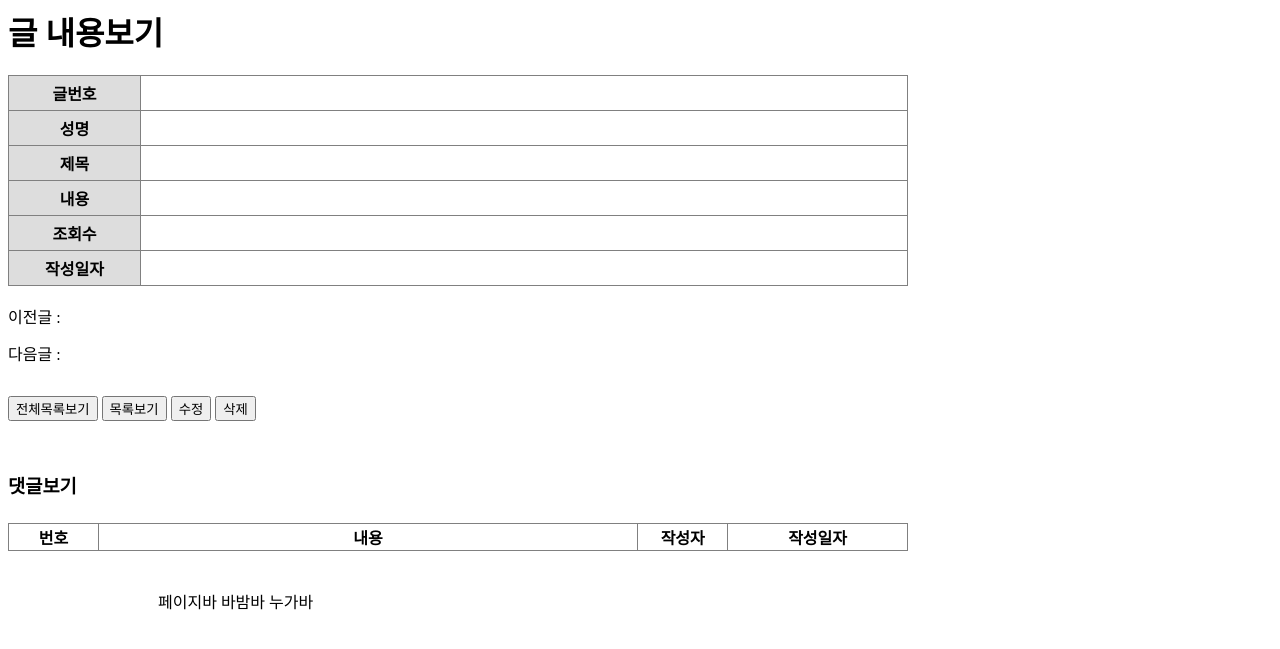
Repository: gold37/Spring
Page: http://localhost/Board/WEB-INF/views/tiles1/board/view.jsp
An editor plug-in stored every save of this project. The page is shown before and after the next save, followed by the edit.
The browser window is 1280 px wide. The pictures show the whole page.
The page is served by Tomcat 9. Nobody is signed in. Other server files are loaded and not shown. The template is opened directly, without the code that normally fills it, so the values that code supplies are empty.

Above is the page before, as saved 2020-07-24 00:21:30.
Console error: ReferenceError: $ is not defined

### springworkspace/Board/src/main/webapp/WEB-INF/views/tiles1/board/view.jsp
<%@ page language="java" contentType="text/html; charset=UTF-8"
    pageEncoding="UTF-8"%>

<%@ taglib prefix="c" uri="http://java.sun.com/jsp/jstl/core" %>

<style>

table, th, td, input, textarea {
	border: solid gray 1px;
}

#table, #table2 {
	border-collapse: collapse;
 	width: 900px;
}

#table th, #table td{padding: 5px;}
#table th{width: 120px; background-color: #DDDDDD;}
#table td{width: 750px;}
.long {width: 470px;}
.short {width: 120px;}

.move {cursor: pointer;}
.moveColor {font-weight: bold;}

a {text-decoration: none !important;}


</style>

<script type="text/javascript">

	$(document).ready(function(){

		$(".move").hover(function(){
						$(this).addClass("moveColor");
					},
					function(){
						$(this).removeClass("moveColor");
					});

		//goReadComment(); // 페이징 처리 안한 댓글 읽어오기
	      goViewComment("1"); //페이징 처리한 댓글 읽어오기

	}); // end of $(document).ready(function(){})----------------



	// === 댓글쓰기 === //
	function goAddWrite() {
		var frm = document.addWriteFrm;
		var contentVal = frm.content.value.trim();
		if(contentVal=="") {
			alert("댓글 내용을 입력하세요!!");
			return;
		}

		var form_data = $("form[name=addWriteFrm]").serialize();

		$.ajax({
			url:"<%= request.getContextPath()%>/addComment.action",
			data:form_data,
			type:"POST",
			dataType:"JSON",
			success:function(json){
				if(json.n == 1) {
				//	goReadComment(); // 페이징 처리 안한 댓글 읽어오기
				}
				else {
					alert("댓글쓰기 실패!!");
				}

				frm.content.value = "";
			},
			error: function(request, status, error){
				alert("code: "+request.status+"\n"+"message: "+request.responseText+"\n"+"error: "+error);
			}
		});

	}// end of function goAddWrite()----------------------


	// === 페이징 처리 안한 댓글 읽어오기  === //
	function goReadComment() {
		$.ajax({
			url:"<%= request.getContextPath()%>/readComment.action",
			data:{"parentSeq":"${boardvo.seq}"},
			dataType:"JSON",
			success:function(json){
				var html = "";
				if(json.length > 0) {
					$.each(json, function(index, item){
						html += "<tr>";
						html += "<td style='text-align: center;'>"+(index+1)+"</td>";
						html += "<td>"+item.content+"</td>";
						html += "<td style='text-align: center;'>"+item.name+"</td>";
						html += "<td style='text-align: center;'>"+item.regDate+"</td>";
						html += "</tr>";
					});
				}
				else {
					html += "<tr>";
					html += "<td colspan='4' style='text-align: center;'>댓글이 없습니다.</td>";
					html += "</tr>";
				}

				$("#commentDisplay").html(html);
			},
			error: function(request, status, error){
				alert("code: "+request.status+"\n"+"message: "+request.responseText+"\n"+"error: "+error);
			}
		});

	}// end of function goReadComment()--------------------



	// === #125. Ajax로 불러온 댓글내용을 페이징 처리하기  === //
	function goViewComment(currentShowPageNo) {
		$.ajax({
			url:"<%= request.getContextPath()%>/commentList.action",
			data:{"parentSeq":"${boardvo.seq}",
				  "currentShowPageNo":currentShowPageNo}, // 몇페이지를 보고싶은지
			dataType:"JSON",
			success:function(json){
				var html = "";
				if(json.length > 0) {
					$.each(json, function(index, item){
						html += "<tr>";
						html += "<td style='text-align: center;'>"+(index+1)+"</td>";
						html += "<td>"+item.content+"</td>";
						html += "<td style='text-align: center;'>"+item.name+"</td>";
						html += "<td style='text-align: center;'>"+item.regDate+"</td>";
						html += "</tr>";
					});
				}
				else {
					html += "<tr>";
					html += "<td colspan='4' style='text-align: center;'>댓글이 없습니다.</td>";
					html += "</tr>";
				}

				$("#commentDisplay").html(html);

				// 페이지바 함수 호출
				makeCommentPageBar(currentShowPageNo);
			},
			error: function(request, status, error){
				alert("code: "+request.status+"\n"+"message: "+request.responseText+"\n"+"error: "+error);
			}
		});

	}// end of function goReadComment()--------------------


	// === 댓글내용 페이지바 Ajax로 만들기 === //
	function makeCommentPageBar(currentShowPageNo) {

		$.ajax({
			url:"<%= request.getContextPath()%>/getCommentTotalPage.action",
			data:{"parentSeq":"${boardvo.seq}",
				  "sizePerPage":"5"},
			type:"GET",
			dataType:"JSON",
			success:function(json) {
			//	console.log("전체 페이지 수 : " + json.totalPage);

				if(json.totalPage > 0) {
					// 댓글이 있는 경우

				}
				else {
					// 댓글이 없는 경우
				}

			},
			error: function(request, status, error){
				alert("code: "+request.status+"\n"+"message: "+request.responseText+"\n"+"error: "+error);
			}

		});

	} // end of function makeCommentPageBar(currentShowPageNo) ---------------


</script>


<div style="">
	<h1>글 내용보기</h1>

	<table id="table" style="word-wrap: break-word; table-layout: fixted;">
		<tr>
			<th>글번호</th>
			<td>${boardvo.seq}</td>
		</tr>
		<tr>
			<th>성명</th>
			<td>${boardvo.name}</td>
		</tr>
		<tr>
			<th>제목</th>
			<td>${boardvo.subject}</td>
		</tr>
		<tr>
			<th>내용</th>
			<td>
				<p style="word-break: break-all;">${boardvo.content}</p>
				<%--
					style="word-break: break-all; 은 공백없는 긴영문일 경우 width 크기를 뚫고 나오는 것을 막는 것임.
					그런데 style="word-break: break-all; 나 style="word-wrap: break-word; 은
			       	테이블태그의 <td>태그에는 안되고 <p> 나 <div> 태그안에서 적용되어지므로 <td>태그에서 적용하려면
			    	<table>태그속에 style="word-wrap: break-word; table-layout: fixed;" 을 주면 된다.
				--%>
			</td>
		</tr>
		<tr>
			<th>조회수</th>
			<td>${boardvo.readCount}</td>
		</tr>
		<tr>
			<th>작성일자</th>
			<td>${boardvo.regDate}</td>
		</tr>
	</table>

	<br/>

	<div style="margin-bottom: 1%;">이전글&nbsp;:&nbsp;<span class="move" onclick="javascript:location.href='view.action?seq=${boardvo.previousseq}'">${boardvo.previoussubject}</span></div>
	<div style="margin-bottom: 1%;">다음글&nbsp;:&nbsp;<span class="move" onclick="javascript:location.href='view.action?seq=${boardvo.nextseq}'">${boardvo.nextsubject}</span></div>

	<br/>

	<button type="button" onclick="javascript:location.href='list.action'" >전체목록보기</button>

	<!-- === #124. === -->
	<button type="button" onclick="javascript:location.href='${gobackURL}'" >목록보기</button>

	<button type="button" onclick="javascript:location.href='edit.action?seq=${boardvo.seq}'" >수정</button>
	<button type="button" onclick="javascript:location.href='delete.action?seq=${boardvo.seq}'" >삭제</button>


	<!-- === #83. 댓글쓰기 폼 추가 === -->
	<c:if test="${not empty sessionScope.loginuser}">
		<h3 style="margin-top: 50px;">댓글쓰기 및 보기</h3>
		<form name="addWriteFrm" style="margin-top: 20px;">
			      <input type="hidden" name="fk_userid" value="${sessionScope.loginuser.userid}" />
			성명 : <input type="text" name="name" value="${sessionScope.loginuser.name}" class="short" readonly />
			&nbsp;&nbsp;
			댓글내용 : <input id="commentContent" type="text" name="content" class="long" />

			<!-- 댓글에 달리는 원게시물 글번호(즉, 댓글의 부모글 글번호) -->
			<input type="hidden" name="parentSeq" value="${boardvo.seq}" />

			<button id="btnComment" type="button" onclick="goAddWrite()">확인</button>
			<button type="reset">취소</button>
		</form>
	</c:if>
	<c:if test="${empty sessionScope.loginuser}">
		<h3 style="margin-top: 50px;">댓글보기</h3>
	</c:if>

	<!-- ===== #94. 댓글 내용 보여주기 ===== -->
	<table id="table2" style="margin-top: 2%; margin-bottom: 3%;">
		<thead>
		<tr>
		    <th style="width: 10%; text-align: center;">번호</th>
			<th style="width: 60%; text-align: center;">내용</th>
			<th style="width: 10%; text-align: center;">작성자</th>
			<th style="text-align: center;">작성일자</th>
		</tr>
		</thead>
		<tbody id="commentDisplay"></tbody>
	</table>

	<!-- === #134. 댓글 페이지바 === -->
	<div id="pageBar" style="padding-left: 150px; margin: 25px auto;">
		페이지바 바밤바 누가바
	</div>

</div>

After the next save:
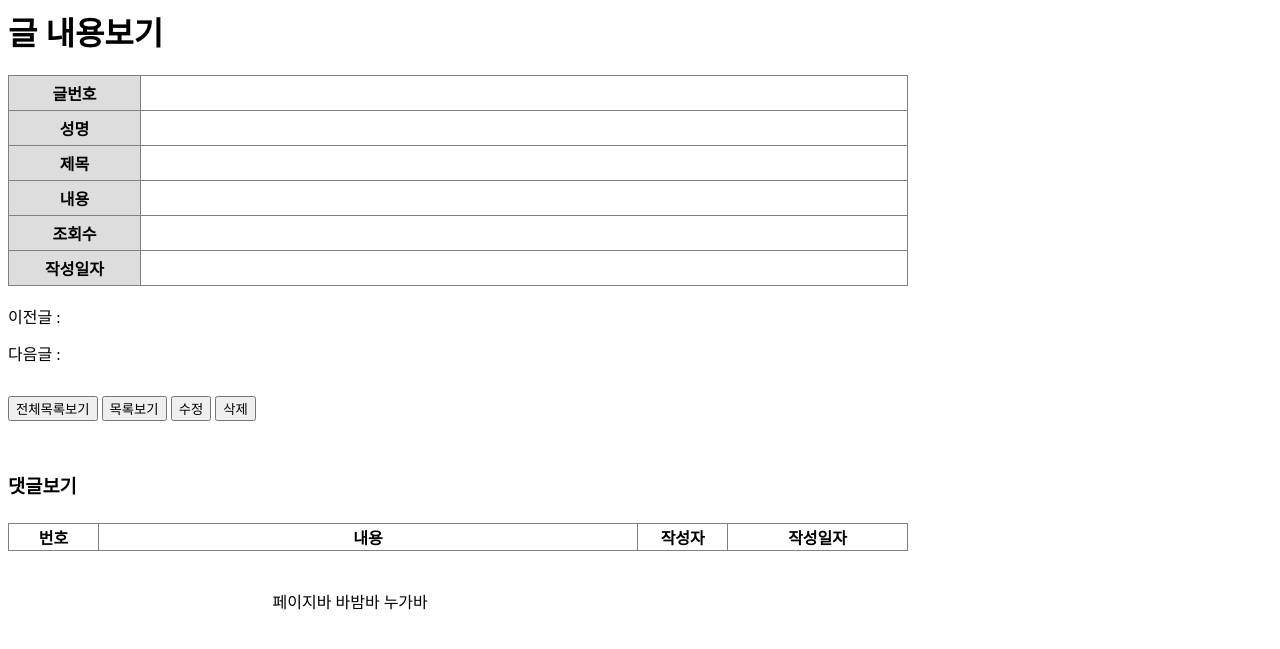
Saved 7 s later.
--- a/springworkspace/Board/src/main/webapp/WEB-INF/views/tiles1/board/view.jsp
+++ b/springworkspace/Board/src/main/webapp/WEB-INF/views/tiles1/board/view.jsp
@@ -274,7 +274,7 @@ a {text-decoration: none !important;}
 	</table>
 
 	<!-- === #134. 댓글 페이지바 === -->
-	<div id="pageBar" style="padding-left: 150px; margin: 25px auto;">
+	<div id="pageBar" style="padding-left: 150px; margin: 25px auto; width: 70%;">
 		페이지바 바밤바 누가바
 	</div>
 
